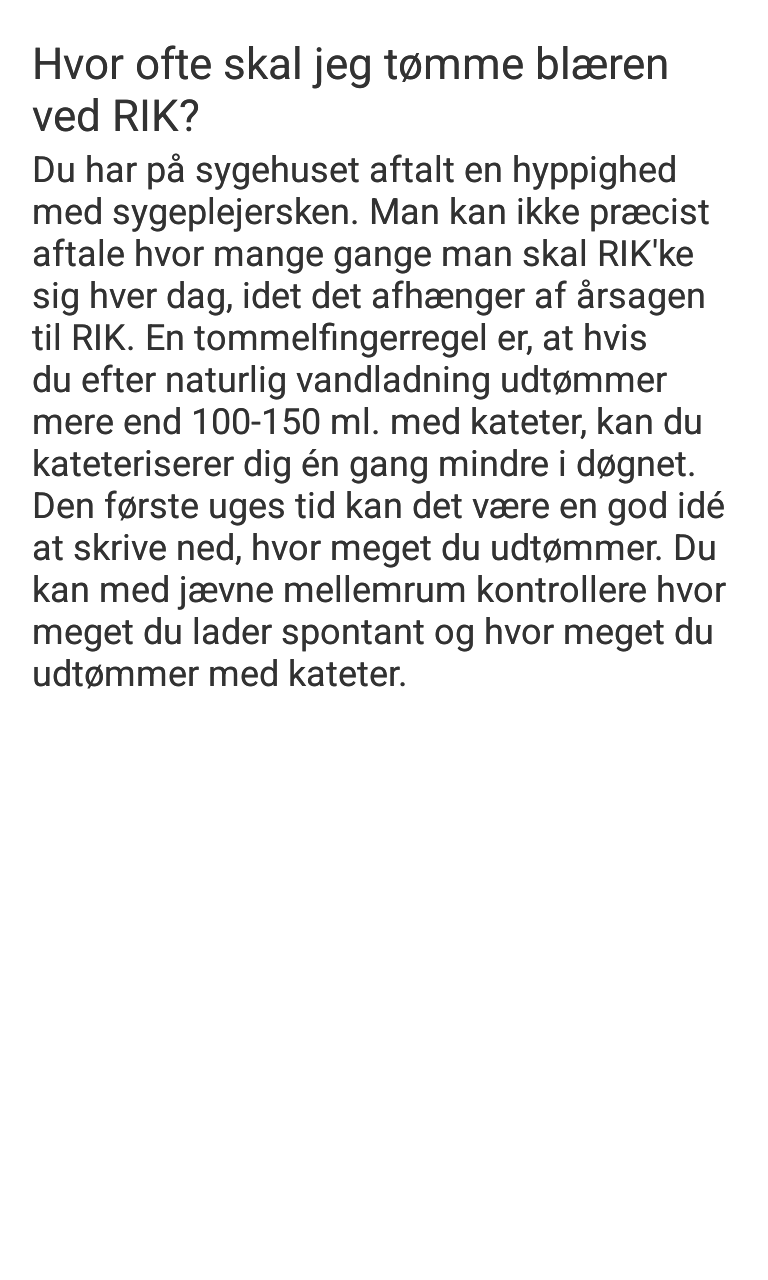
Repository: KingApollo/RIKapp2
Layout: RIKapp/res/layout/activity_information.xml
An editor plug-in stored every save of this project. The layout is shown before and after a run of saves, followed by the edit.
It is drawn on a 768 x 1280 px phone screen (xhdpi) without system bars, with theme android:Theme.Light.NoTitleBar; the app's code is not run.

Above is the layout before, as saved 2014-10-10 08:45:58.

### RIKapp/res/layout/activity_information.xml
<RelativeLayout xmlns:android="http://schemas.android.com/apk/res/android"
    xmlns:tools="http://schemas.android.com/tools"

    android:layout_width="match_parent"
    android:layout_height="match_parent"
    android:paddingBottom="@dimen/activity_vertical_margin"
    android:paddingLeft="@dimen/activity_horizontal_margin"
    android:paddingRight="@dimen/activity_horizontal_margin"
    android:paddingTop="@dimen/activity_vertical_margin"
    tools:context="dk.ucn.datamatiker.rikapp.Information"

    >



    <!-- Clickable title -->
<TextView   android:id="@+id/tvHowOftenQuestion"
            android:text="@string/howOftenQuestion"
            android:textSize="22sp"
            android:clickable="true"
            android:onClick="toggle_contents"
            android:layout_width="wrap_content"
            android:layout_height="wrap_content"/>

<!--content to hide/show -->

<TextView
    android:id="@+id/tvHowOftenAnswer"
    android:layout_width="wrap_content"
    android:layout_height="wrap_content"
    android:layout_alignLeft="@+id/tvHowOftenQuestion"
    android:layout_below="@+id/tvHowOftenQuestion"
    android:text="@string/howOftenAnswer"
    android:textSize="18sp" />

    <!-- Clickable title -->
<TextView   android:id="@+id/tvTestQuestion"
            android:text="@string/howOftenQuestion"
            android:textSize="22sp"
            android:clickable="true"
            android:onClick="toggle_contents"
            android:layout_width="wrap_content"
            android:layout_height="wrap_content"/>

<!--content to hide/show -->

<TextView
    android:id="@+id/tvTestAnswer"
    android:layout_width="wrap_content"
    android:layout_height="wrap_content"
    android:layout_alignLeft="@+id/tvHowOftenQuestion"
    android:layout_below="@+id/tvHowOftenQuestion"
    android:text="@string/howOftenAnswer"
    android:textSize="18sp" />

</RelativeLayout>

### RIKapp/res/values/strings.xml
<?xml version="1.0" encoding="utf-8"?>
<resources>

    <string name="app_name">RIKapp</string>
    <string name="hello_world">Hello world!</string>
    <string name="action_settings">Settings</string>
    <string name="title_activity_hyg">Hyg</string>
    <string name="hygiejne_btn">Hygiejne</string>
    <string name="maaling_btn">Måling</string>
    <string name="title_activity_maalinger">Maalinger</string>
    <string name="skema_btn">Skema</string>
    <string name="title_activity_skema">Skema</string>
    <string name="title_activity_information">Information</string>
    <string name="howOftenAnswer">"Du har på sygehuset aftalt en hyppighed med sygeplejersken. Man kan ikke præcist aftale hvor mange gange man skal RIK'ke sig hver dag, idet det afhænger af årsagen til RIK. En tommelfingerregel er, at hvis du efter naturlig vandladning udtømmer mere end 100-150 ml. med kateter, kan du kateteriserer dig én gang mindre i døgnet. Den første uges tid kan det være en god idé at skrive ned, hvor meget du udtømmer. Du kan med jævne mellemrum kontrollere hvor meget du lader spontant og hvor meget du udtømmer med kateter."</string>
    <string name="howOftenQuestion">Hvor ofte skal jeg tømme blæren ved RIK?</string>

</resources>

Loaded but not shown: RIKapp/res/values/dimens.xml (common file); RIKapp/res/values-w820dp/dimens.xml (common file)

After the next 2 saves:
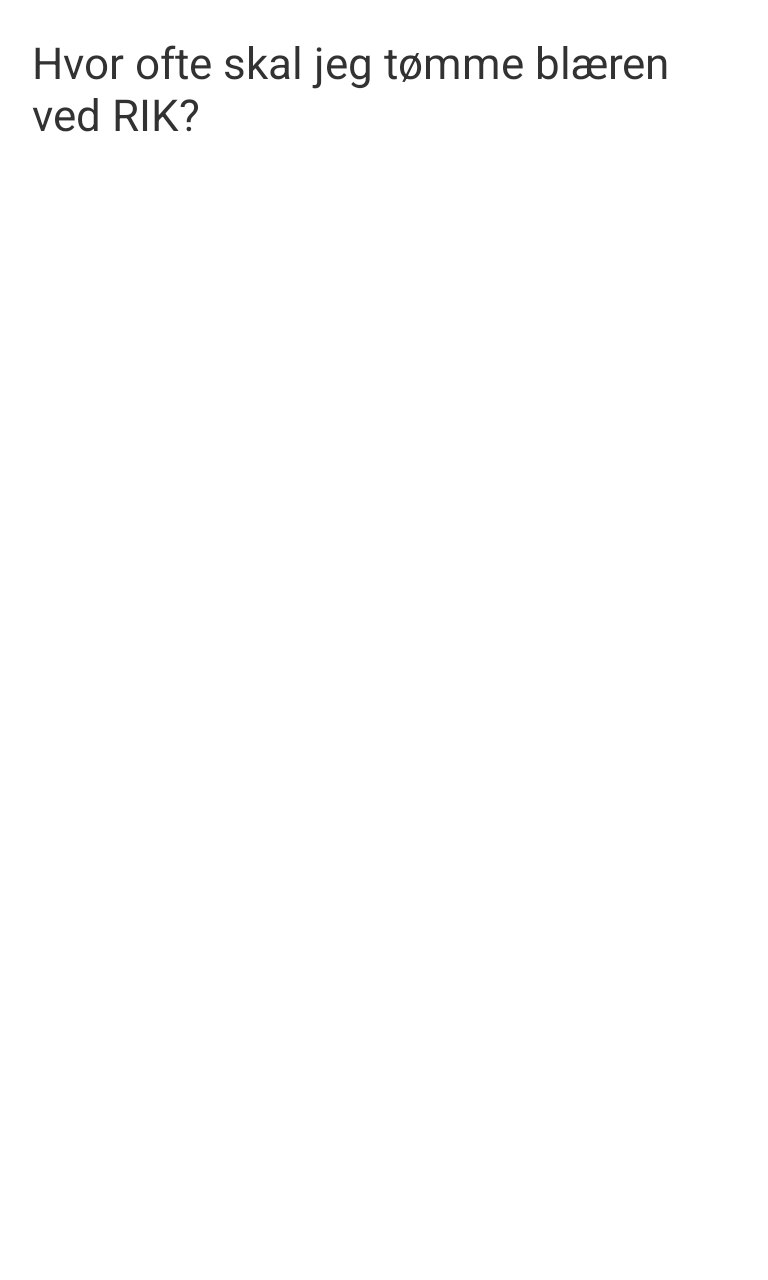
The 2 saves are shown as one change because 1 did not build or start.
The last was saved 4 min 20 s later.
--- a/RIKapp/res/layout/activity_information.xml
+++ b/RIKapp/res/layout/activity_information.xml
@@ -1,4 +1,4 @@
-<RelativeLayout xmlns:android="http://schemas.android.com/apk/res/android"
+<LinearLayout xmlns:android="http://schemas.android.com/apk/res/android"
     xmlns:tools="http://schemas.android.com/tools"
 
     android:layout_width="match_parent"
@@ -53,4 +53,4 @@
     android:text="@string/howOftenAnswer"
     android:textSize="18sp" />
 
-</RelativeLayout>
+</LinearLayout>

After the 3 saves that followed:
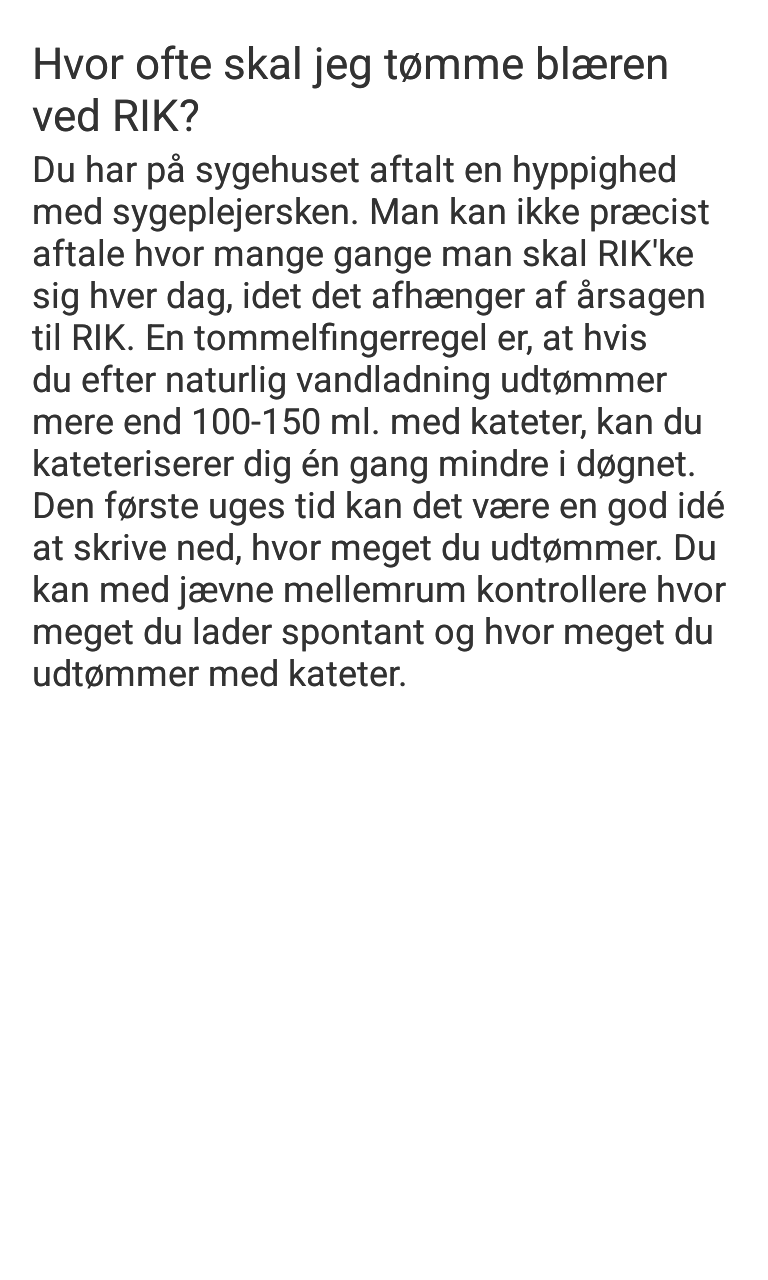
The 3 saves are shown as one change because 2 left the picture as it was.
The last was saved 2 min 30 s later.
--- a/RIKapp/res/layout/activity_information.xml
+++ b/RIKapp/res/layout/activity_information.xml
@@ -1,4 +1,4 @@
-<LinearLayout xmlns:android="http://schemas.android.com/apk/res/android"
+<RelativeLayout xmlns:android="http://schemas.android.com/apk/res/android"
     xmlns:tools="http://schemas.android.com/tools"
 
     android:layout_width="match_parent"
@@ -53,4 +53,4 @@
     android:text="@string/howOftenAnswer"
     android:textSize="18sp" />
 
-</LinearLayout>
+</RelativeLayout>
